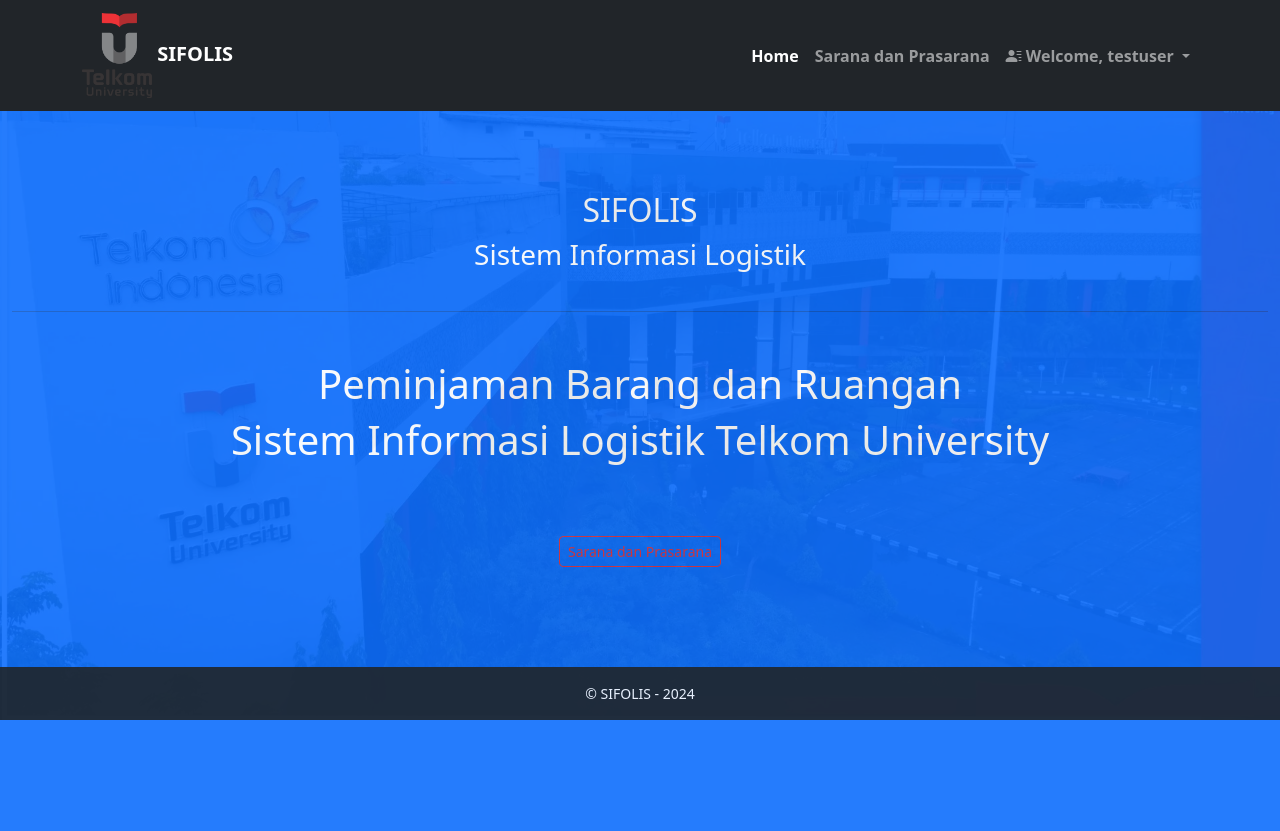
Repository: Audi87/uas_framework
Page: http://localhost/
These files come from the project's save history. The page is drawn as it stood at one moment and after the next save; the edit follows.
The browser window is 1280 px wide. The pictures show the whole page.
Some web libraries are served in a nearby version. The page is served by the project's Laravel application, run on PHP 8.4 with Laravel 10. A made-up administrator, Test User (test@example.com), is signed in.

Above is the page before, as saved 2024-06-13 20:28:18.

After the next save:
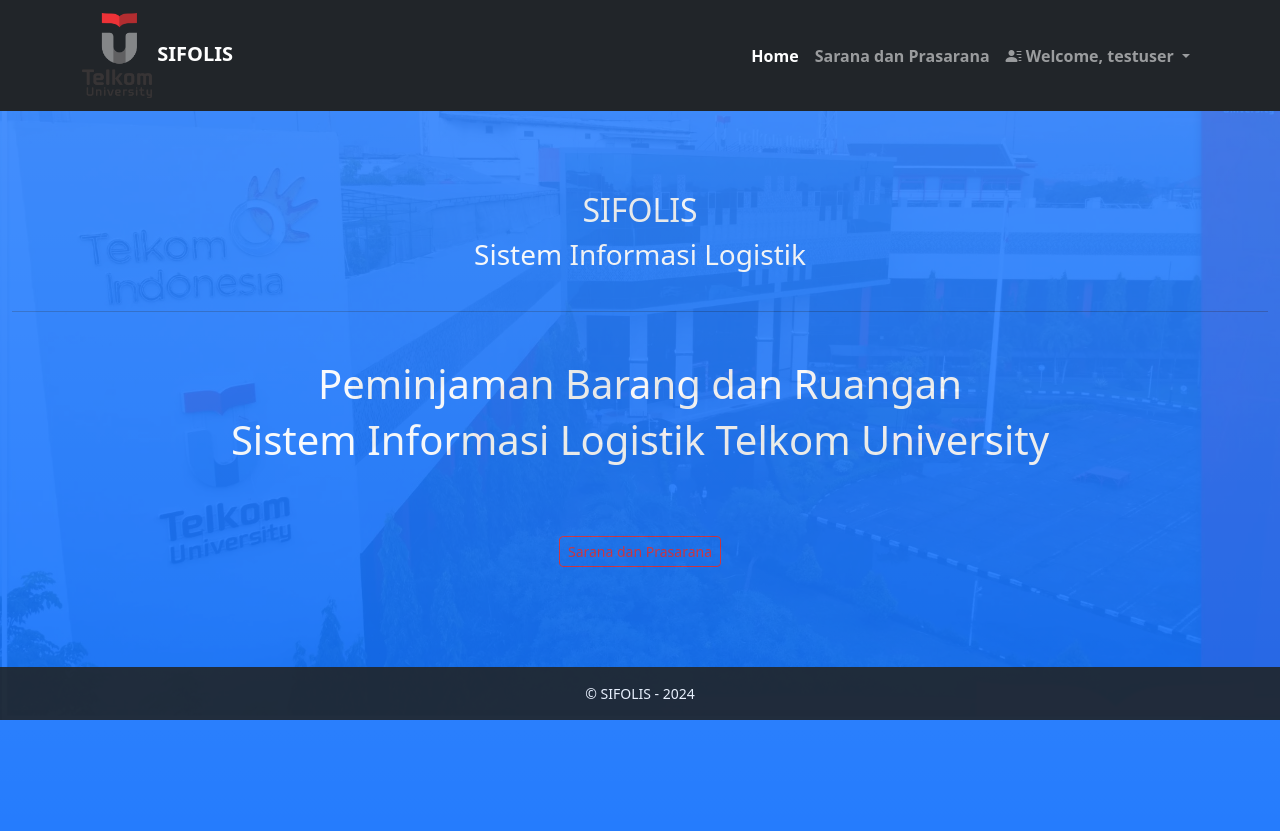
Saved 6 s later.
--- a/resources/views/index.blade.php
+++ b/resources/views/index.blade.php
@@ -24,7 +24,7 @@
 
     @include('navbar.navbar')
 
-    <div class="container-fluid bg-primary" id="container-fluid">
+    <div class="container-fluid bg-primary bg-gradient" id="container-fluid">
         <div class="container1">
 
             <div class="row py-3 text-center">
